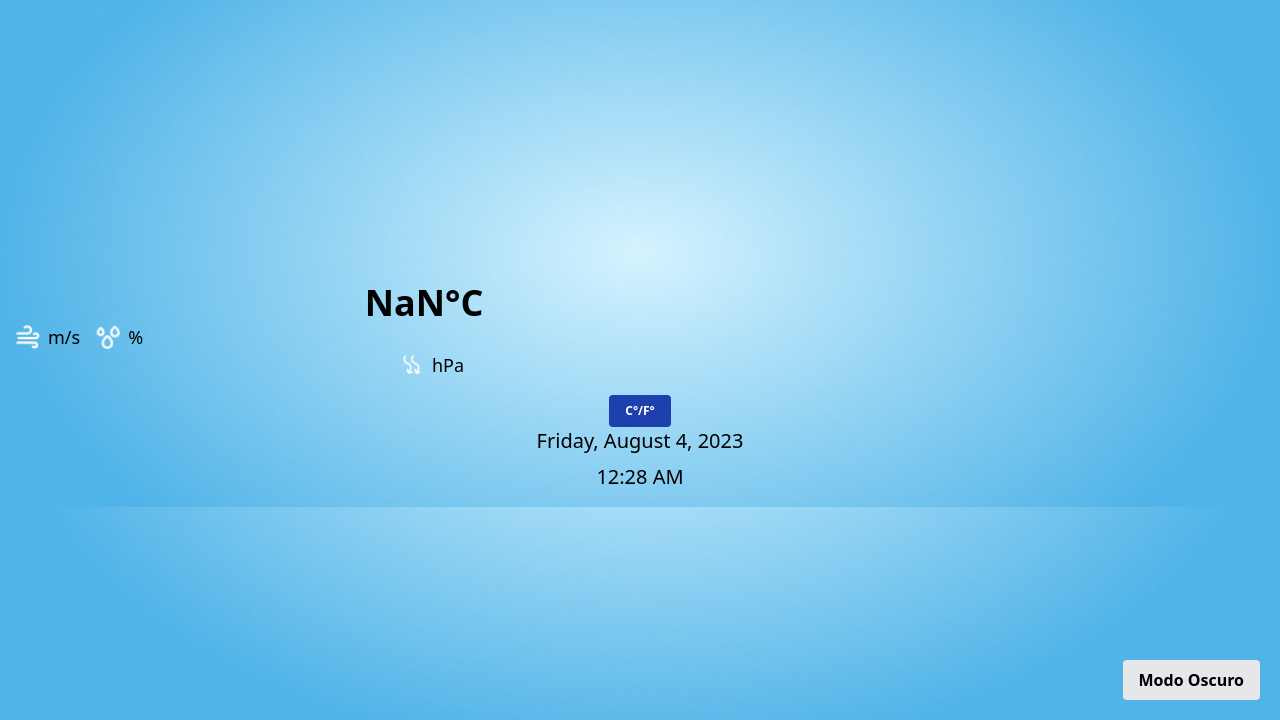
Repository: LukasMoyano/WeatherApp-_-LukasMoyano-_-V-_4.0_6.6.6
Page: /
The author's editor kept a copy of each file at every save. The page is drawn from the files as they stood at one save, then again after the next save.
The browser window is 1280 px wide. The pictures show the whole page.
The page's requests for data from a server got no answer. The project was rebuilt for these pictures with package versions that can differ from the ones it lists, and the page was loaded fresh each time. No one was signed in, and anything a server would have sent is missing. Also part of the build but not shown: vite.config.js.

Above is the page before, as saved 2023-08-06 21:39:06.

After the next save:
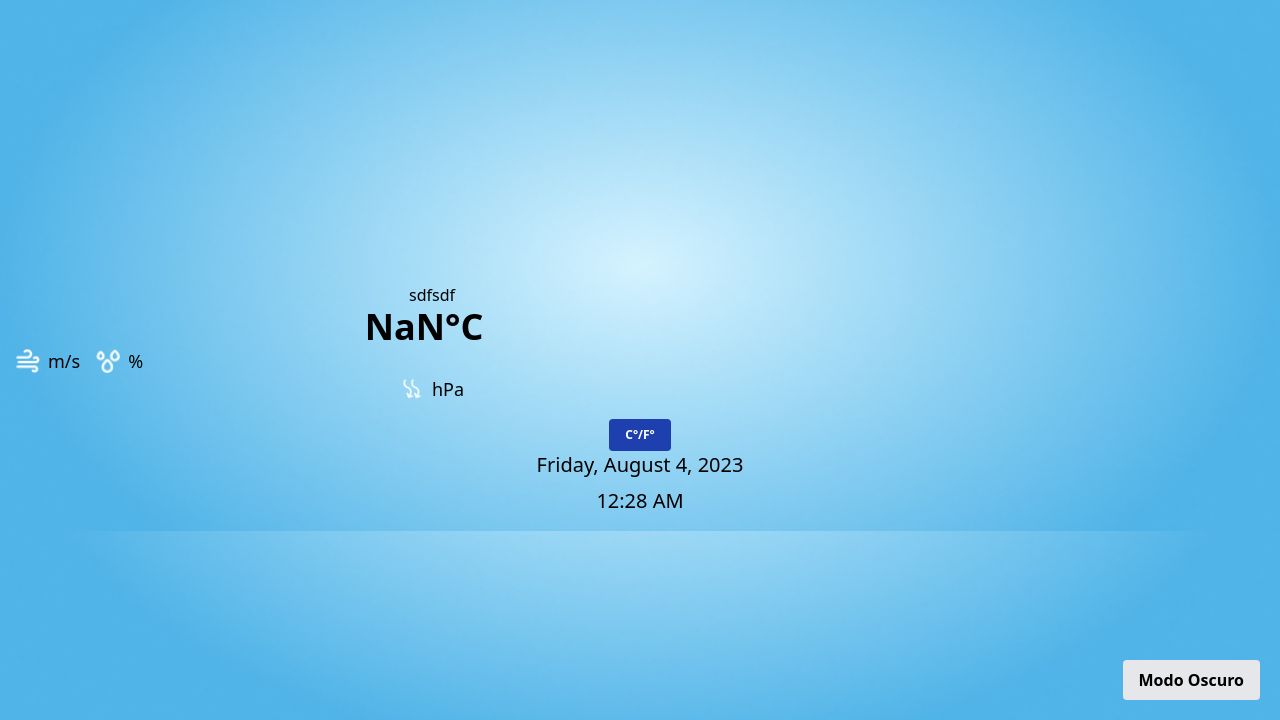
Saved 64 s later.
--- a/src/components/Weather.jsx
+++ b/src/components/Weather.jsx
@@ -64,8 +64,9 @@
 
       <div className="flex flex-col md:flex-row md:items-start mt-4">
 
-        <m className="md:w-2/3 md:mr-4">
-          <h2 className="text-2xl font-bold mb-4">{weatherInfo?.name}</h2>
+        <div className="md:w-2/3 md:mr-4">
+
+          <h2 className="text-2xl font-bold mb-4">{weatherInfo?.name}</h2>sdfsdf
           <div className="flex items-center justify-center">
             <span className="text-4xl font-bold">{convertTemperature(weatherInfo?.main.temp)}</span>
             <div className="relative ml-4">
@@ -109,7 +110,9 @@
             </article>
 
 
-        </m>
+        </div>
+
+
       </div>
 
       <button

After the 2 saves that followed:
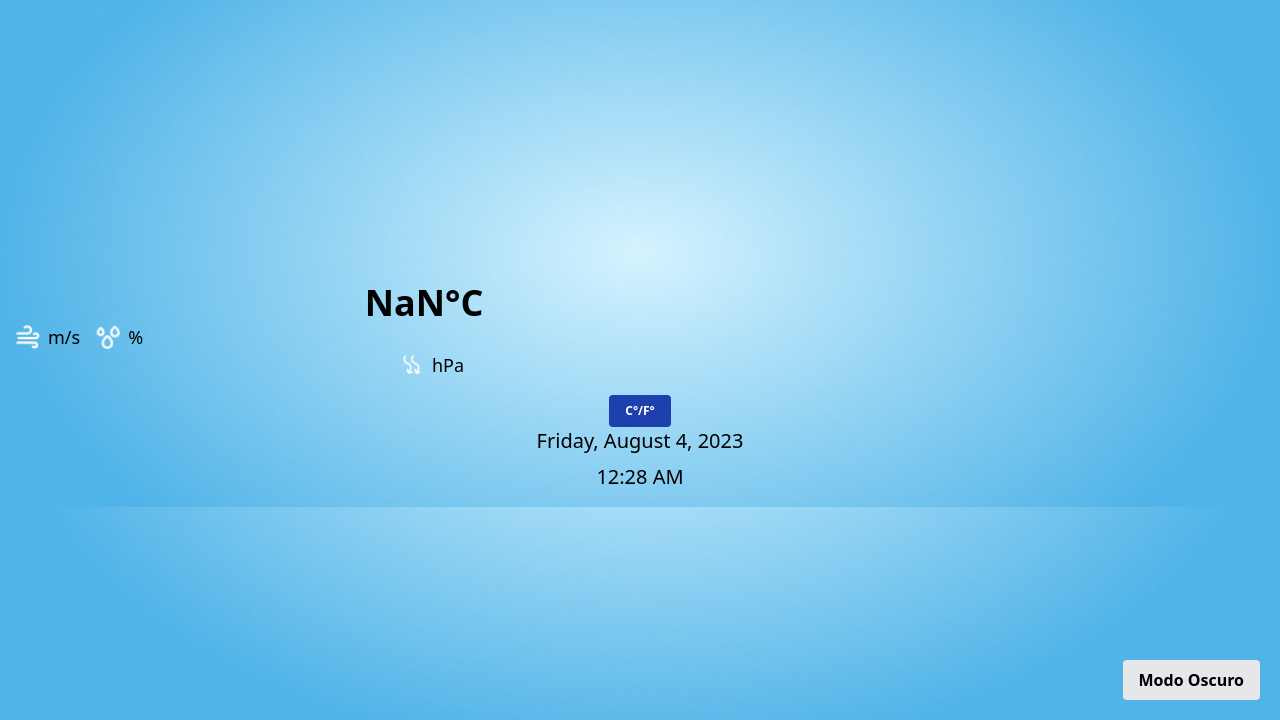
The 2 saves are shown as one change because 1 did not build or start.
The last was saved 100 s later.
--- a/src/components/Weather.jsx
+++ b/src/components/Weather.jsx
@@ -66,7 +66,11 @@
 
         <div className="md:w-2/3 md:mr-4">
 
-          <h2 className="text-2xl font-bold mb-4">{weatherInfo?.name}</h2>sdfsdf
+
+{}
+
+
+          <h2 className="text-2xl font-bold mb-4">{weatherInfo?.name}</h2>
           <div className="flex items-center justify-center">
             <span className="text-4xl font-bold">{convertTemperature(weatherInfo?.main.temp)}</span>
             <div className="relative ml-4">
